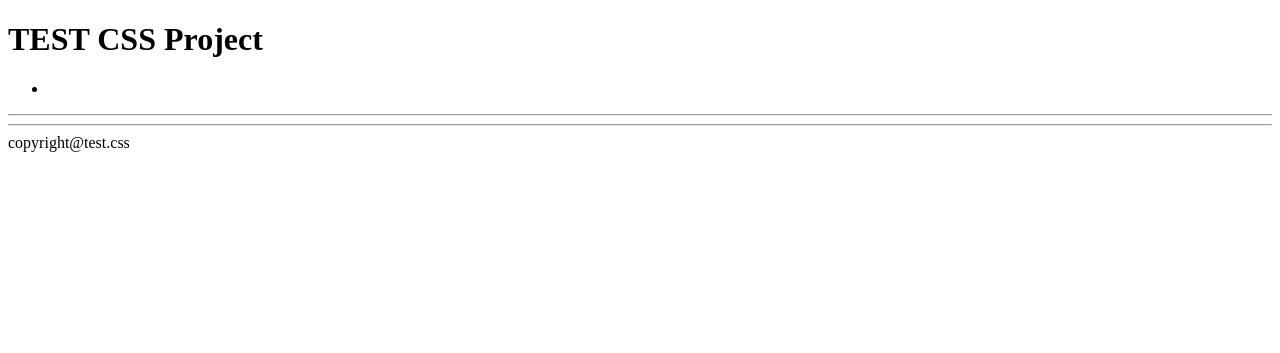
Repository: bianchi112/ict-data
Page: web_workspace/testCSSProject/src/main/webapp/index.html
These files come from the project's save history. The page is drawn as it stood at one moment and after the next save; the edit follows.
The browser window is 1280 px wide. The pictures show the whole page.

Above is the page before, as saved 2024-09-02 01:55:50.

### web_workspace/testCSSProject/src/main/webapp/index.html
<!DOCTYPE html>
<html>
<head>
<meta charset="UTF-8">
<title>Insert title here</title>
</head>
<body>
<header>
	<h1>TEST CSS Project</h1>
	<nav>
		<ul>
			<li><a href="#"></a></li>
		</ul>
	</nav>
</header>
<hr>
<section></section>
<section></section>
<hr>
<footer>
copyright@test.css
</footer>
</body>
</html>

After the next save:
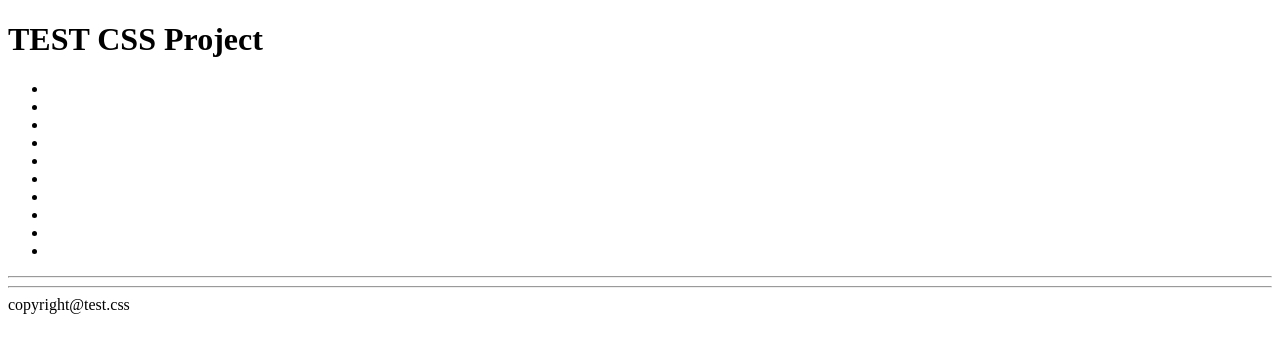
Saved 61 s later.
--- a/web_workspace/testCSSProject/src/main/webapp/index.html
+++ b/web_workspace/testCSSProject/src/main/webapp/index.html
@@ -9,6 +9,15 @@
 	<h1>TEST CSS Project</h1>
 	<nav>
 		<ul>
+			<li><a href="#"></a></li>
+			<li><a href="#"></a></li>
+			<li><a href="#"></a></li>
+			<li><a href="#"></a></li>
+			<li><a href="#"></a></li>
+			<li><a href="#"></a></li>
+			<li><a href="#"></a></li>
+			<li><a href="#"></a></li>
+			<li><a href="#"></a></li>
 			<li><a href="#"></a></li>
 		</ul>
 	</nav>
